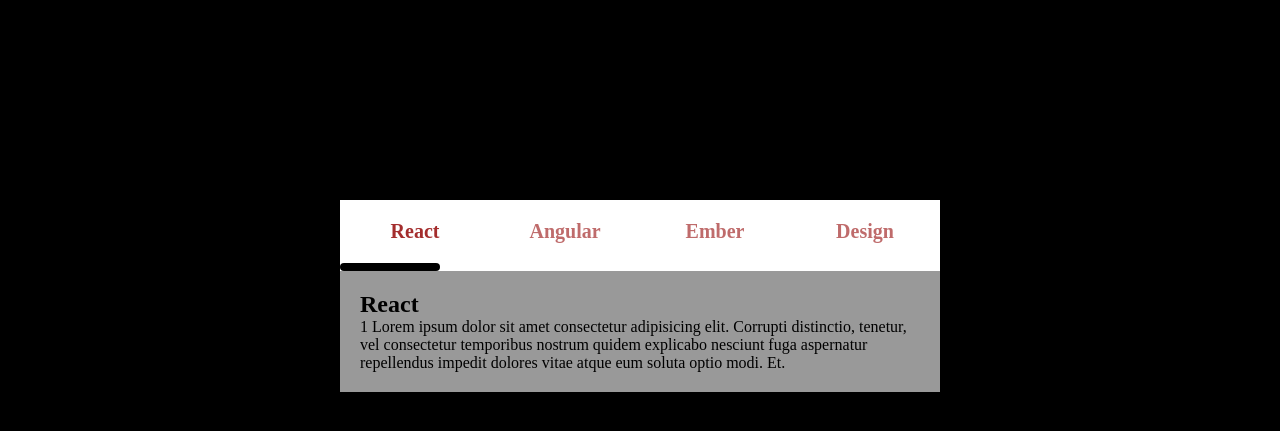
Repository: PCTai/javascript-coban
Page: tab UI/index.html
These files come from the project's save history. The page is drawn as it stood at one moment and after the next save; the edit follows.
The browser window is 1280 px wide. The pictures show the whole page.

Above is the page before, as saved 2022-02-10 09:08:01.

### tab UI/index.html
<!DOCTYPE html>
<html lang="en">
<head>
    <meta charset="UTF-8">
    <meta http-equiv="X-UA-Compatible" content="IE=edge">
    <meta name="viewport" content="width=device-width, initial-scale=1.0">
    <title>Document</title>
    <link rel="stylesheet" href="./style.css">
</head>
<body>
    <div class="container">
        <div class="tab">
            <div class="tab-item active">React</div>
            <div class="tab-item">Angular</div>
            <div class="tab-item">Ember</div>
            <div class="tab-item">Design</div>

        </div>
        <div class="tab-line"></div>
        <div class="box">
            <div class="box-item active">
                <h2>React</h2>
                1 Lorem ipsum dolor sit amet consectetur adipisicing elit. Corrupti distinctio, tenetur, vel consectetur temporibus nostrum quidem explicabo nesciunt fuga aspernatur repellendus impedit dolores vitae atque eum soluta optio modi. Et.</div>
            <div class="box-item">
                <h2>Angular</h2>
                2 Lorem ipsum dolor sit amet consectetur adipisicing elit. Neque tempore omnis voluptas laudantium ut aperiam odit deleniti temporibus consequatur dolorem incidunt eveniet officia similique, nulla animi tenetur tempora ab maxime!</div>
            <div class="box-item">
                <h2>Ember</h2>
                3 Lorem ipsum dolor sit, amet consectetur adipisicing elit. Dignissimos dicta fugit error laudantium sunt deleniti nemo excepturi perferendis illo, porro animi commodi quis eaque beatae consectetur rerum magni fugiat libero.</div>
            <div class="box-item">
                <h2>Design</h2>
                4 Lorem ipsum dolor sit amet consectetur adipisicing elit. Est qui rem distinctio, earum dolorem ea doloremque mollitia tenetur architecto adipisci nisi aut dolor odio maxime. Suscipit fuga dolorem itaque beatae!</div>
        </div>

    </div>


    <script src="./app.js"></script>
</body>
</html>

### tab UI/style.css
*{
    margin: 0;
    border: 0;
    padding: 0;
}
body{
    background-color: #000;
}
.container{
    width: 600px;
    margin: auto;
    background-color:#fff;
    margin-top: 200px;

}
.tab{
    display: flex;
}
.tab-item{
    flex: 1;
    text-align: center;
    padding: 20px 0;
    opacity: 70%;
    font-size: 20px;
    font-weight: bold;
    color: rgb(164, 45, 45);
}
.tab-line{
    width: 100px;
    height: 8px;
    left: 0;
    background-color: #000;
    transition: linear 0.3s;
    border-radius: 5px;
}
.tab .active{
    opacity: 100%;
}
.box .active{
    display: block;
}
.box{
    background-color: #999;
}

.box-item{
    padding: 20px 20px;
    display: none;
}

### tab UI/app.js
var tabs=document.querySelector(".tab");
var boxs=document.querySelector('.box');
// console.log(tabs,boxs);
var TabLine=document.querySelector('.tab-line');
// console.log(TabLine);
tabs.fore

After the next save:
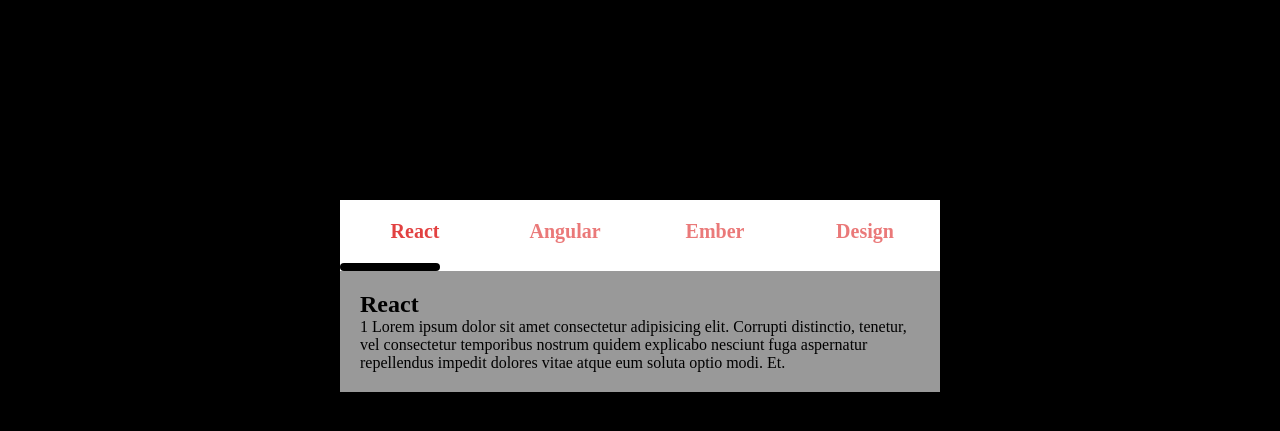
Saved 13 s later.
--- a/tab UI/style.css
+++ b/tab UI/style.css
@@ -23,7 +23,7 @@
     opacity: 70%;
     font-size: 20px;
     font-weight: bold;
-    color: rgb(164, 45, 45);
+    color: rgb(226, 65, 65);
 }
 .tab-line{
     width: 100px;
